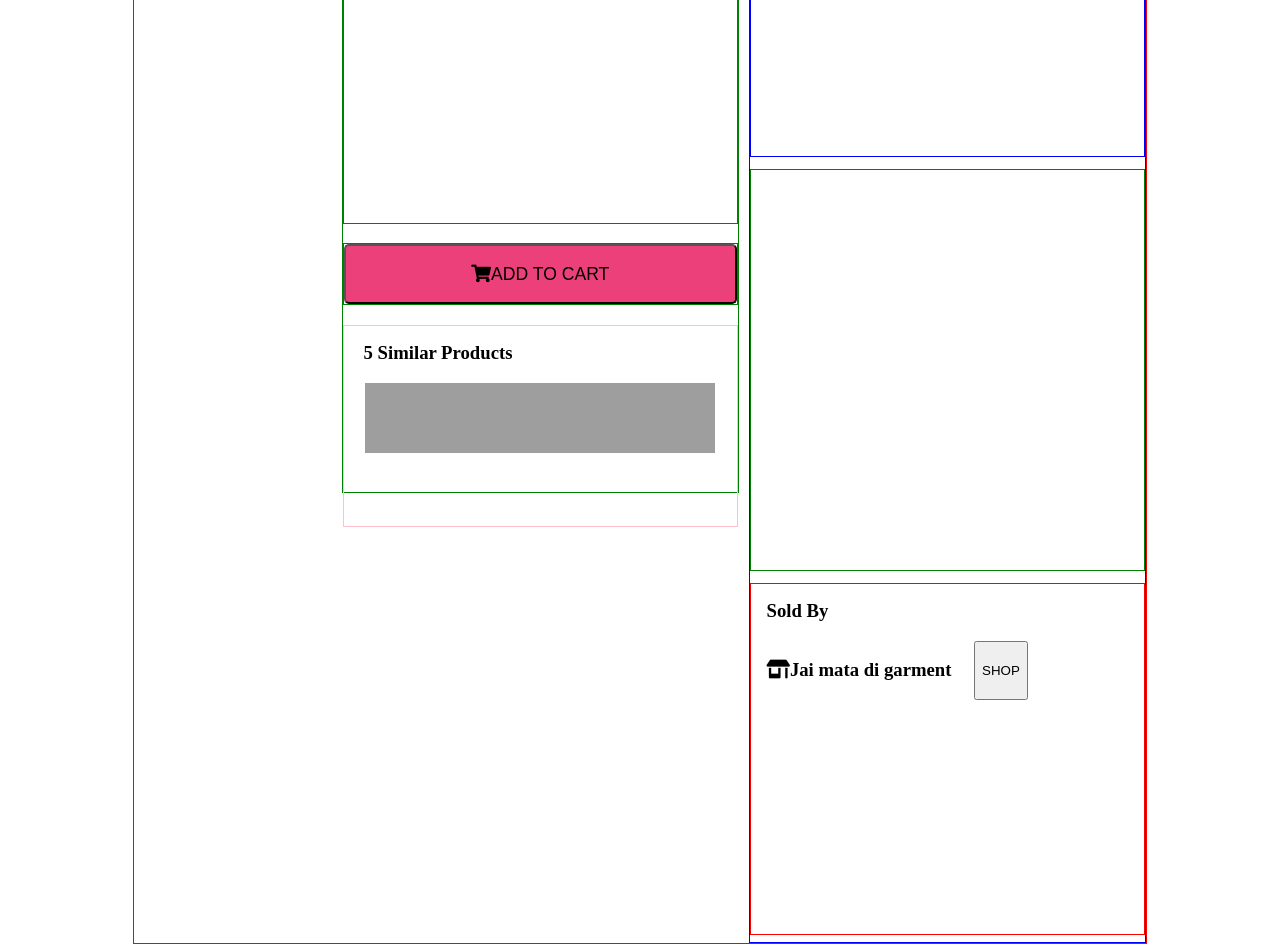
Repository: deepakxxxx/meesho
Page: catelog.html
An editor plug-in stored every save of this project. The page is shown before and after the next save, followed by the edit.
The browser window is 1280 px wide. The pictures show the part of the page from y = 419 to 1371 px (the page is 1371 px tall).
Pictures or frames that could not be fetched are drawn as grey boxes. A picture or video elsewhere on the page could not be fetched, so the positions and the page height are approximate.

Above is the page before, as saved 2021-11-06 17:44:09.

After the next save:
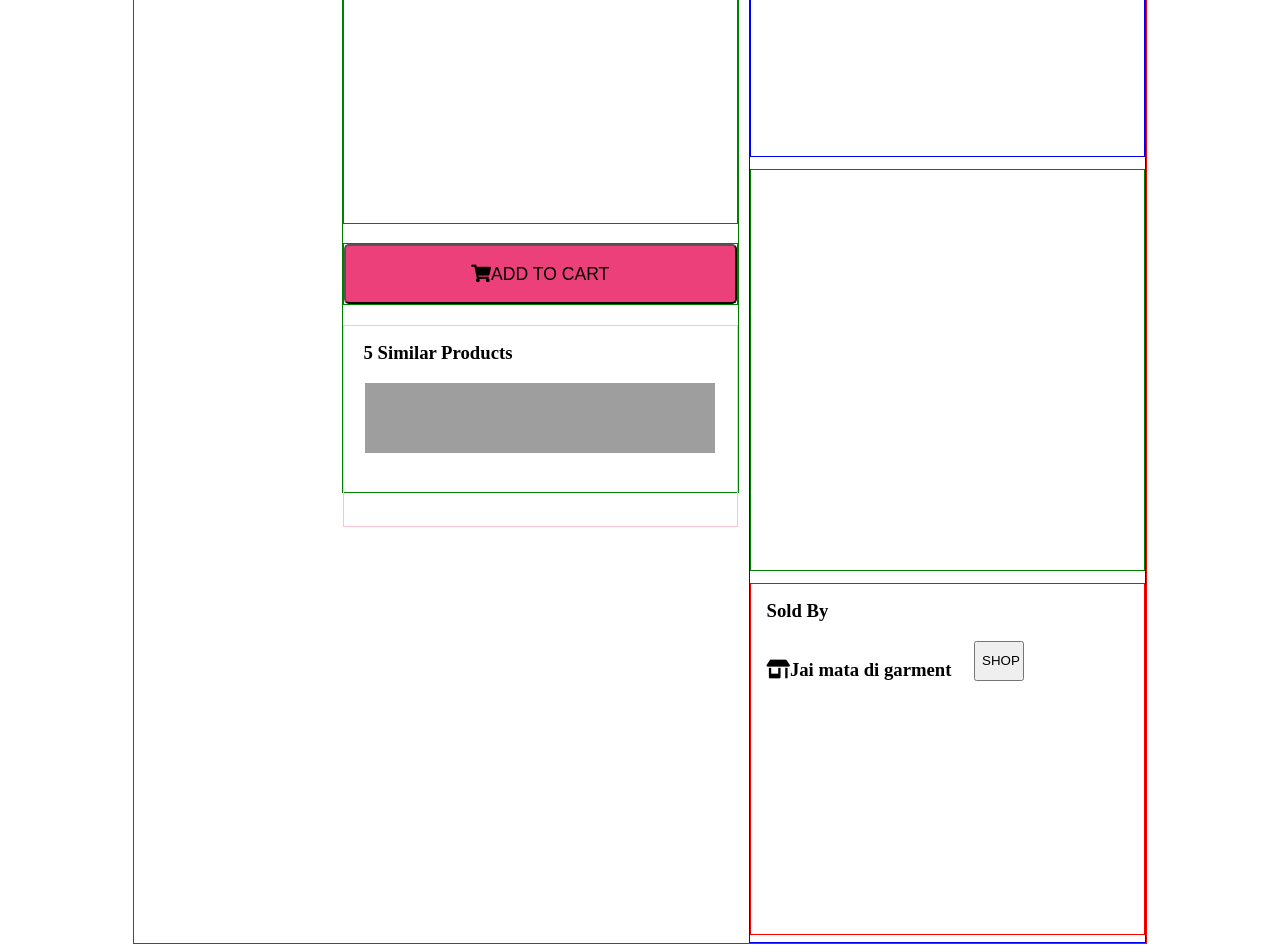
Saved 6 s later.
--- a/catelog.html
+++ b/catelog.html
@@ -222,7 +222,8 @@
         column-gap: 6%;
     }
     #sho > button{
-        width: ;
+        width: 50px;
+        height: 40px;
     }
 </style>
 <body>
